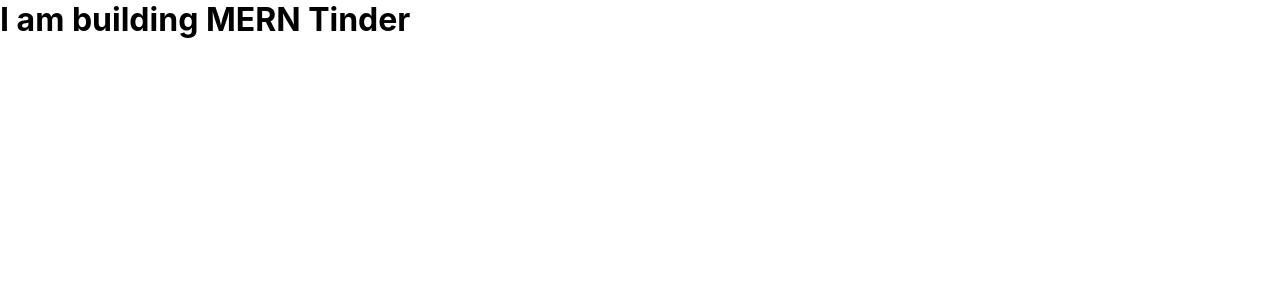
Repository: exiled-kal/TinderApp
Page: /
These files come from the project's save history. The page is drawn as it stood at one moment and after a run of saves; the edit follows.
The browser window is 1280 px wide. The pictures show the whole page.
The project was rebuilt for these pictures with package versions that can differ from the ones it lists, and the page was loaded fresh each time. Also part of the build but not shown: src/App.css, src/Header.css.

Above is the page before, as saved 2020-09-14 22:26:56.

After the next 3 saves:
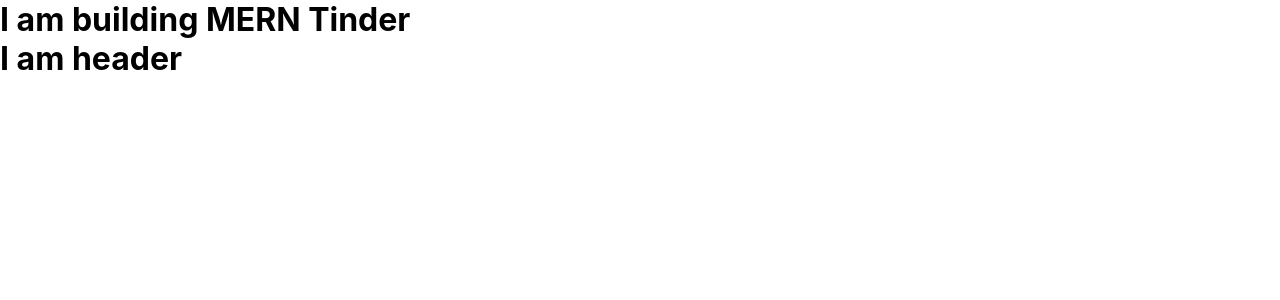
The 3 saves are shown as one change because they came seconds apart.
The last was saved 16 s later.
--- a/src/App.js
+++ b/src/App.js
@@ -1,11 +1,13 @@
 import React from 'react';
 import './App.css';
+import Header from './Header';
 
 function App() {
   return (
     <div className="app">
       <h1>I am building MERN Tinder</h1>
       {/* Header */}
+      <Header />
       {/* TinderCards */}
       {/* SwipeButtons */}
     </div>
